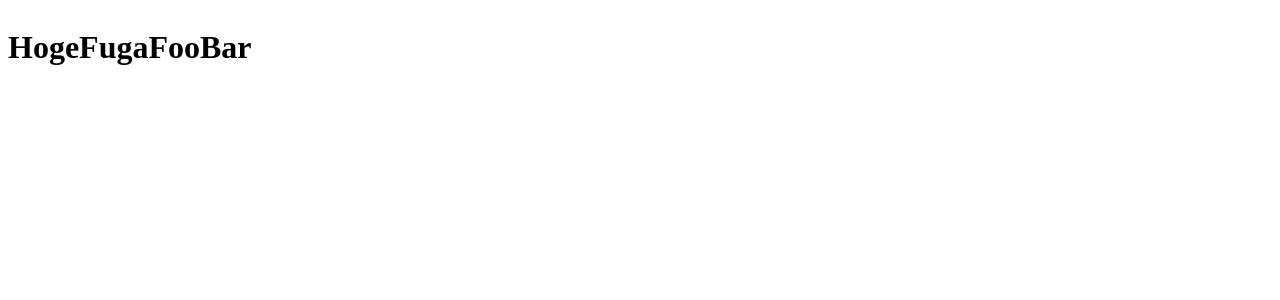
Repository: weld0814/samurai_HTML-css
Page: lesson14_flex-.html
The author's editor kept a record of every edit. The page is drawn from the files as they stood at one moment, then again after the next edit.
The browser window is 1280 px wide. The pictures show the whole page.

Above is the page before.

After the next edit:
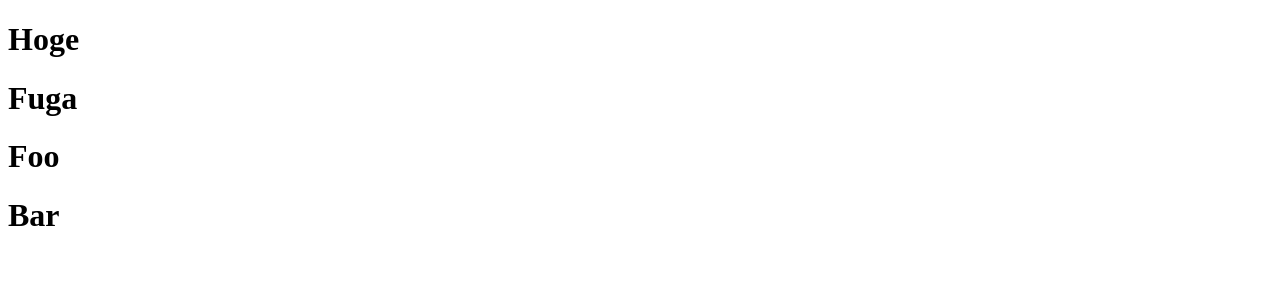
The edit:
--- a/lesson14_flex-.html
+++ b/lesson14_flex-.html
@@ -3,7 +3,7 @@
 <head>
     <meta charset="UTF-8">
     <style>
-        #flex-end {
+        #stretch {
             display: flex;
             align-content: stretch;
         }

After the edit that followed:
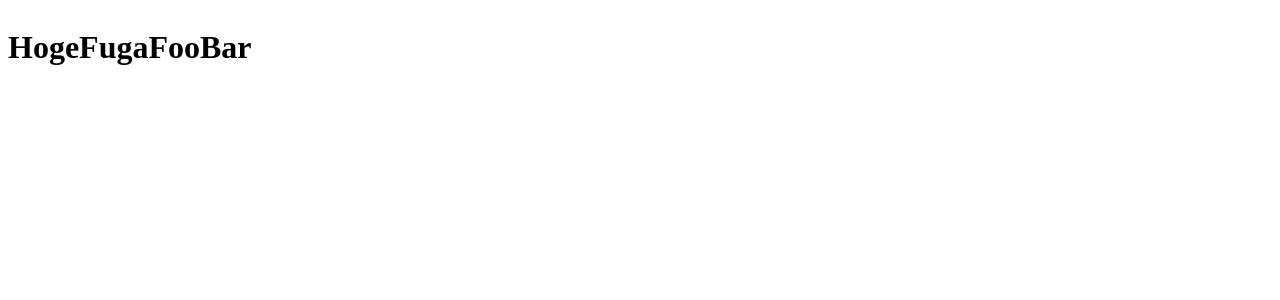
The edit:
--- a/lesson14_flex-.html
+++ b/lesson14_flex-.html
@@ -10,7 +10,7 @@
     </style>
 </head>
 <body>
-    <div id="flex-end">
+    <div id="stretch">
         <h1>Hoge</h1>
         <h1>Fuga</h1>
         <h1>Foo</h1>
